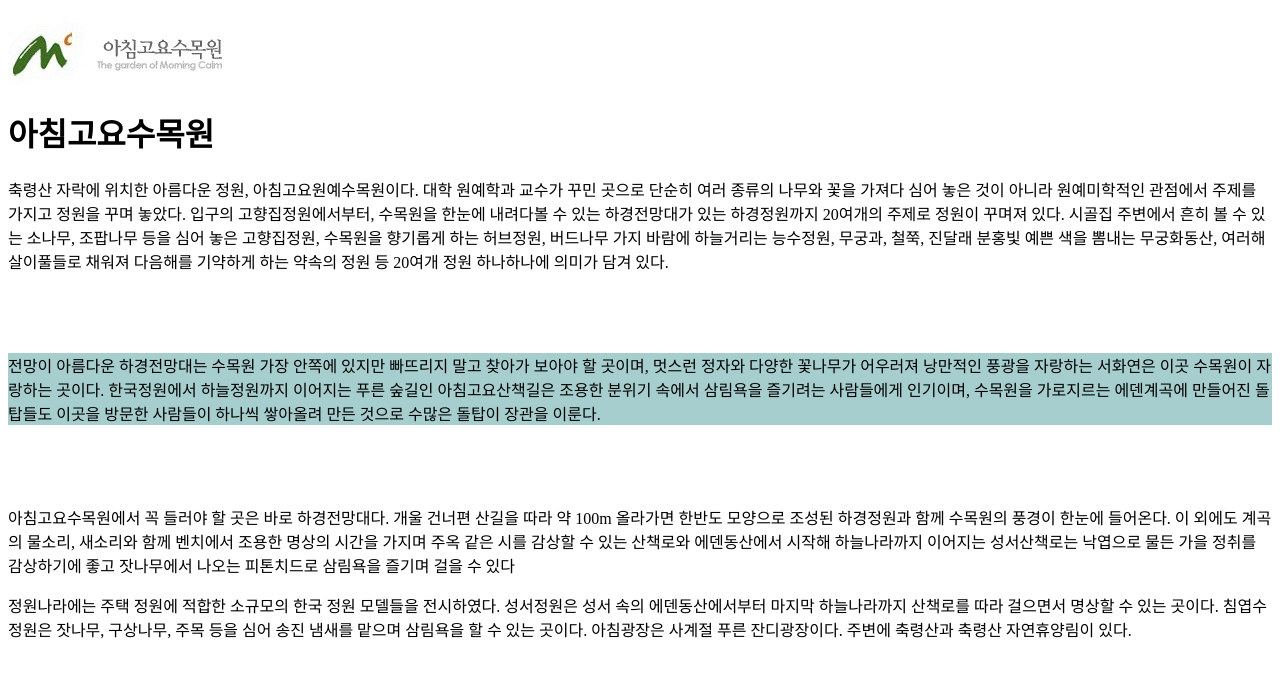
Repository: wishinghyun/multicampus
Page: webwork/clientweb/WebContent/css/boxmodel_exam.html
The author's editor kept a copy of each file at every save. The page is drawn from the files as they stood at one save, then again after the next save.
The browser window is 1280 px wide. The pictures show the whole page.

Above is the page before, as saved 2020-01-03 06:15:14.

After the next save:
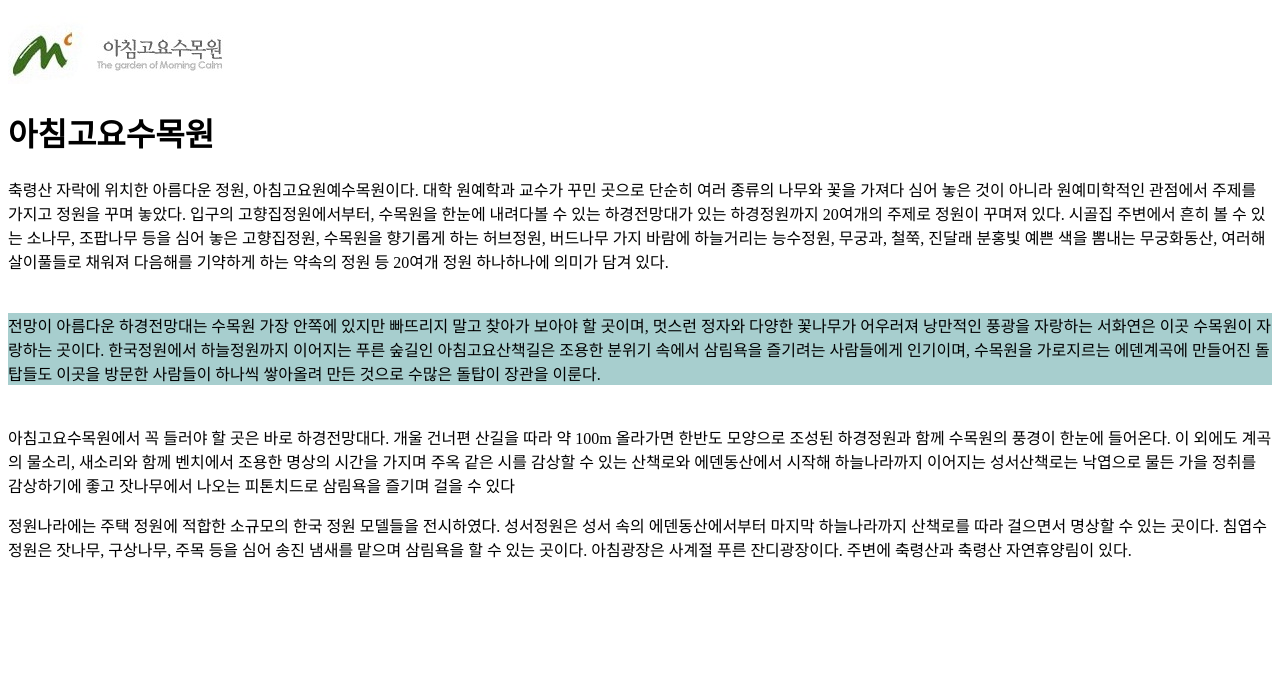
Saved 9 s later.
--- a/webwork/clientweb/WebContent/css/boxmodel_exam.html
+++ b/webwork/clientweb/WebContent/css/boxmodel_exam.html
@@ -6,8 +6,8 @@
 	<style type="text/css">
 		#myid{
 			background-color: #a7cece;
-			margin-bottom: 80px;
-			margin-top: 80px;
+			margin-bottom: 40px;
+			margin-top: 40px;
 		}
 	</style>
  </head>
